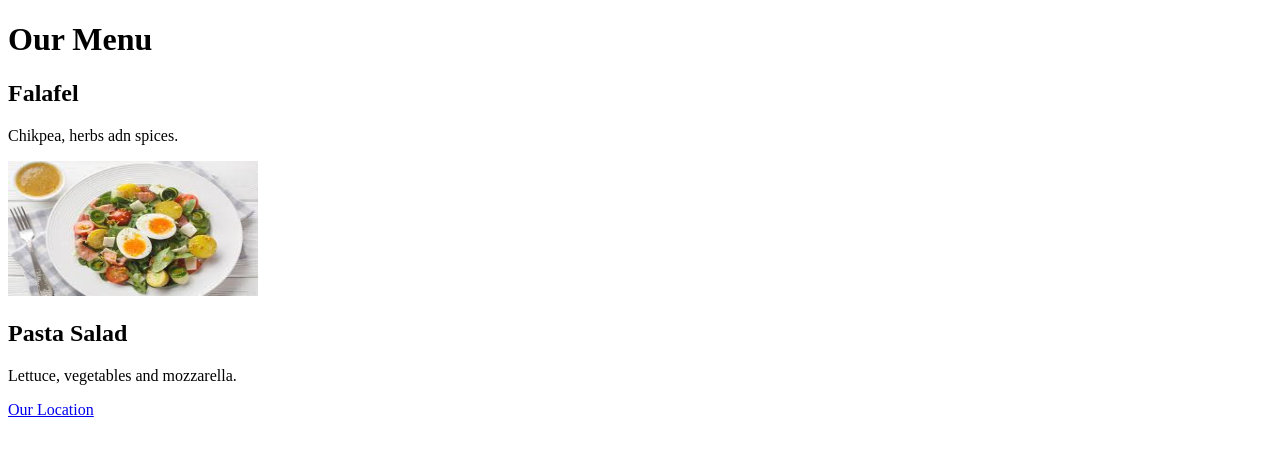
Repository: GiraldoNainggolan/Meta-Coursera
Page: Pengembang Front-End Meta/Modul 2/Mencoba/index.html
These files come from the project's save history. The page is drawn as it stood at one moment and after a run of saves; the edit follows.
The browser window is 1280 px wide. The pictures show the whole page.

Above is the page before, as saved 2025-01-25 23:57:59.

After the next 2 saves:
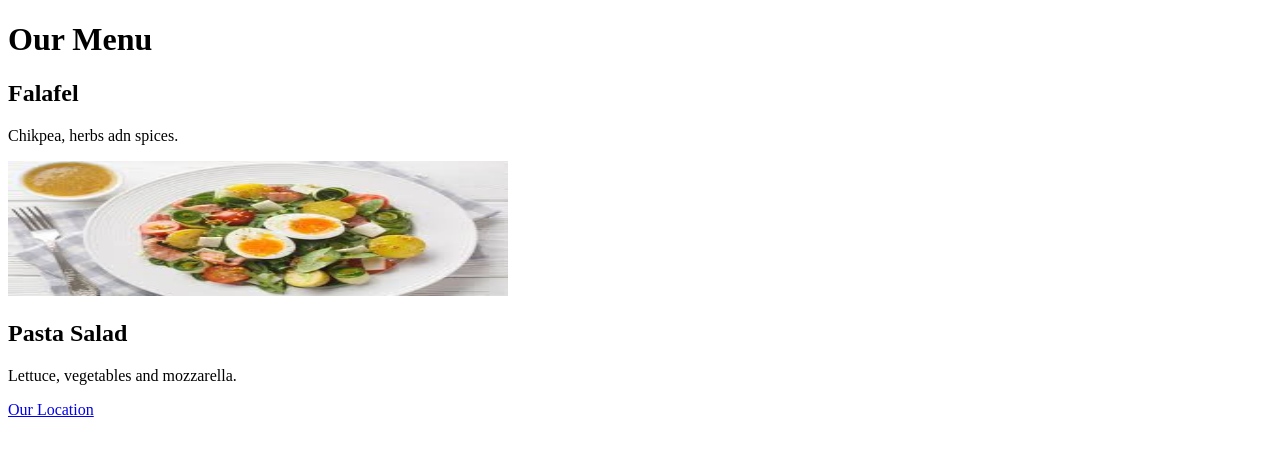
The 2 saves are shown as one change because they came seconds apart.
The last was saved 5 min 0 s later.
--- a/Pengembang Front-End Meta/Modul 2/Mencoba/index.html
+++ b/Pengembang Front-End Meta/Modul 2/Mencoba/index.html
@@ -7,7 +7,7 @@
         <h1>Our Menu</h1>
         <h2>Falafel</h2>
         <p>Chikpea, herbs adn spices.</p>
-        <img src="salad.jpg" alt="gambar" width="250" height="135">
+        <img src="salad.jpg" alt="gambar" width="500px" height="135">
         <h2>Pasta Salad</h2>
         <p>Lettuce, vegetables and mozzarella.</p>
         <a href="location.html">Our Location</a>
